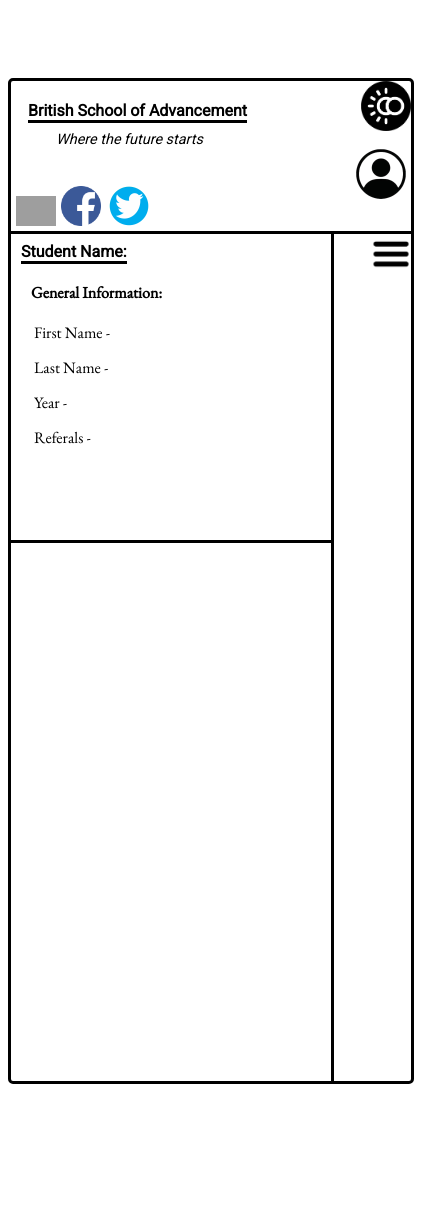
Repository: ghend99/School-app
Page: index.html
These files come from the project's save history. The page is drawn as it stood at one moment and after the next save; the edit follows.
The browser window is 375 px wide. The page is 431 px wide, so the pictures cover 431 px, including what lies to the right of the window. The pictures show the whole page.
Pictures or frames that could not be fetched are drawn as grey boxes.

Above is the page before, as saved 2023-05-02 10:10:22.

### index.html
<!DOCTYPE html>
<html lang="en">
  <head>
    <meta charset="UTF-8" />
    <meta http-equiv="X-UA-Compatible" content="IE=edge" />
    <meta name="viewport" content="width=device-width, initial-scale=1.0" />
    <title>School Application</title>
    <link rel="icon" type="image/x-icon" href="/images/favicon.png" />
    <link rel="stylesheet" href="style.css" />
  </head>
  <body>
    <div id="main-container">
      <!-- Header -->
      <div id="header-container">
        <p class="header-school-name">British School of Advancement</p>
        <p class="header-school-slogan">Where the future starts</p>
        <img
          id="header-socials"
          class="header-linkedin"
          src="images/LinkedIn.png"
        />
        <img
          id="header-socials"
          class="header-facebook"
          src="images/Facebook.png"
        />
        <img
          id="header-socials"
          class="header-twitter"
          src="images/Twitter.png"
        />
        <img class="header-logo" src="images/logo.png" />
        <input
          id="header-login-fullname"
          class="header-login-input login-input-fullname"
          type="text"
          placeholder="Fullname..."
        />
        <input
          id="header-login-pin"
          class="header-login-input login-input-pin"
          type="password"
          placeholder="Pin..."
        />
        <p class="header-show-pin">Show Pin</p>
        <img class="header-login-button" src="images/login-button.png" />
        <img class="header-login-icon" src="images/login.png" />
        <img class="header-dark-mode-toggle" src="images/dark-mode.png" />
        <img class="header-light-mode-toggle" src="images/light-mode.png" />
      </div>

      <!-- Sidebar -->
      <div id="sidebar-container">
        <div id="sidebar-link">
          <p class="sidebar-link-header">Search Student</p>
          <input class="sidebar-link-search" placeholder="Student Name..." />
          <button id="sidebar-link-button" class="search-student-button">
            Search
          </button>
        </div>
        <div id="sidebar-link">
          <p class="sidebar-link-header">Add Student</p>
          <button id="sidebar-link-button" class="create-account-button">
            Add
          </button>
        </div>
        <div id="sidebar-link">
          <p class="sidebar-link-header">Send Message</p>
          <button id="sidebar-link-button" class="compose-message-button">
            Compose
          </button>
        </div>
        <div id="sidebar-link">
          <p class="sidebar-link-header">Add Referal</p>
          <input class="sidebar-add-referal-input" placeholder="Fullname..." />
          <button id="sidebar-link-button" class="add-referal">Add</button>
        </div>
        <div id="sidebar-link">
          <p class="sidebar-link-header">Show Timetable</p>
          <button id="sidebar-link-button" class="show-timetable">Show</button>
        </div>
        <div id="sidebar-link">
          <p class="sidebar-link-header">Show Inbox</p>
          <button id="sidebar-link-button" class="show-inbox">Show</button>
        </div>
        <div id="sidebar-link-timetable">
          <p class="sidebar-link-header">Update Timetable</p>
          <button id="sidebar-link-button" class="update-timetable">
            Show
          </button>
        </div>
      </div>

      <img class="sidebar-open-menu" src="images/menu.png" />
      <img class="sidebar-close-menu" src="images/menu.png" />

      <!-- Student Information Container -->
      <div id="student-information-container">
        <h1 class="student-information-header">Student Name:</h1>
        <h3 class="student-information-general-header">General Information:</h3>
        <p id="student-information" class="student-information-firstname">
          First Name -
        </p>
        <p id="student-information" class="student-information-lastname">
          Last Name -
        </p>
        <p id="student-information" class="student-information-year">Year -</p>
        <p id="student-information" class="student-information-referals">
          Referals -
        </p>
      </div>

      <!-- Student Management Container -->
      <div id="student-management-container">
        <h1 class="student-management-heading"></h1>
        <img class="student-management-close" src="images/Close.png" />
        <div id="timetable-container"></div>
        <div id="inbox-container">
          <div id="inbox-header">
            <p>Date</p>
            <p>Sender</p>
            <p>Reciever</p>
            <p>Subject</p>
            <p>Message</p>
          </div>
          <div id="inbox-line">
            <p></p>
            <p></p>
            <p></p>
            <p></p>
            <p></p>
          </div>
        </div>
      </div>
    </div>

    <!-- Login Container -->
    <div id="login-container">
      <img class="login-close" src="images/Close.png" />
      <h3 class="login-header">Login</h3>
      <input
        id="login-input-fullname"
        class="login-input-fullname"
        type="text"
        placeholder="First Name..."
      />
      <input
        id="login-input-pin"
        class="login-input-pin"
        type="password"
        placeholder="Pin..."
      />
      <p class="login-pin-show">Show</p>
      <button class="login-button-submit">Log In</button>
    </div>

    <div id="create-account-container">
      <img class="create-account-close" src="images/Close.png" />
      <p class="create-account-header">Create Account</p>
      <input
        id="create-account-fullname"
        class="create-account-input"
        type="text"
        placeholder="Fullname..."
      />
      <p id="create-account-error" class="create-account-fullname-error"></p>

      <input
        id="create-account-lastname"
        class="create-account-input"
        type="text"
        placeholder="Lastname..."
      />
      <p id="create-account-error" class="create-account-lastname-error"></p>
      <input
        id="create-account-year"
        class="create-account-input"
        type="number"
        placeholder="Year..."
      />
      <p id="create-account-error" class="create-account-year-error"></p>
      <input
        id="create-account-pin"
        class="create-account-input"
        type="number"
        placeholder="Pin..."
      />
      <p id="create-account-error" class="create-account-pin-error"></p>
      <input
        id="create-account-repin"
        class="create-account-input"
        type="number"
        placeholder="Pin..."
      />
      <p id="create-account-error" class="create-account-repin-error"></p>
      <button class="create-account-submit">Create</button>
    </div>

    <!-- Compose Message Container -->
    <div id="compose-message-container">
      <p class="compose-message-header">Compose Message</p>
      <img class="compose-message-close" src="images/Close.png" />
      <input
        id="compose-message-input-reciever"
        class="compose-message-input"
        type="text"
        placeholder="To..."
      />
      <input
        id="compose-message-input-subject"
        class="compose-message-input"
        type="text"
        placeholder="Subject..."
      />
      <textarea
        class="compose-message-textarea"
        placeholder="Message..."
      ></textarea>
      <button class="compose-message-send">Send</button>
    </div>

    <script src="./js/functions.js"></script>
    <script src="./js/elements.js"></script>
    <script src="./js/buttons.js"></script>
    <script src="./js/message.js"></script>
    <script src="./js/resetfunctions.js"></script>

    <script src="./js/timetable.js"></script>
  </body>
</html>

### style.css
@import url("https://fonts.googleapis.com/css2?family=Roboto&display=swap");

@import url("https://fonts.googleapis.com/css2?family=EB+Garamond&display=swap");

button {
  cursor: pointer;
  font-family: "Roboto", Arial;
}

body {
  height: 1200px;
}

input {
  font-family: "Roboto", Arial;
}

.dark-mode {
  background-color: black;
  color: white;
  border-color: gray;
}

.dark-mode-input {
  border-color: white;
  color: white;
}

#dark-mode-inputs {
  border-color: white;
  color: white;
}

.dark-mode-button {
  color: black;
  background-color: white;
}

#main-container {
  position: relative;
  max-width: 50%;
  min-width: 400px;
  height: 70vh;
  min-height: 1000px;
  top: 70px;
  margin-left: auto;
  margin-right: auto;
  /* background-color: #343434; */
  border: solid;
  border-color: black;
  border-radius: 5px;
  z-index: 1;
}

#header-container {
  position: relative;
  width: 100%;
  max-height: 15%;
  min-height: 150px;
  /* background-color: lightgray; */
  border-bottom: solid;
}

.header-school-name {
  position: absolute;
  top: 20px;
  left: 17px;
  font-size: clamp(1rem, 1vw, 2rem);
  font-weight: bold;
  font-family: "Roboto", Arial;
  border-bottom: solid;
  margin: 0;
}

.header-school-slogan {
  position: absolute;
  top: clamp(5%, 60px, 80px);
  left: clamp(45px, 5%, 70px);
  font-size: clamp(0.9rem, 1.5vw, 1rem);
  font-family: "Roboto", Arial;
  font-style: italic;
  margin: 0;
}

#header-socials {
  position: absolute;
  width: 40px;
  bottom: 5px;
  cursor: pointer;
}

.header-linkedin {
  left: 5px;
}

.header-facebook {
  left: clamp(50px, 7%, 60px);
}

.header-twitter {
  left: clamp(98px, 9%, 110px);
}

.header-logo {
  margin-left: auto;
  margin-right: auto;
  display: block;
  width: 200px;
  height: 100%;
}

.header-login-input {
  position: absolute;
  max-width: 10%;
  min-width: 5%;
  top: 50%;
  margin: 0;
  background-color: transparent;
  text-decoration: none;
  border: none;
  border-bottom: solid;
  outline: none;
}

#header-login-fullname {
  right: 20%;
}

#header-login-pin {
  right: 7%;
}

.header-show-pin {
  position: absolute;
  right: 10%;
  bottom: 10%;
  font-size: 14px;
  cursor: pointer;
}

.header-login-button {
  position: absolute;
  right: clamp(1px, 2px, 3px);
  width: 50px;
  top: 45%;
  cursor: pointer;
}

.header-login-icon {
  display: none;
}

.header-dark-mode-toggle {
  position: absolute;
  width: 50px;
  right: 0;
  top: 0;
  opacity: 1;
  cursor: pointer;
}

.header-light-mode-toggle {
  position: absolute;
  width: 50px;
  right: 60px;
  top: 0;
  opacity: 0;
  cursor: pointer;
}

#sidebar-container {
  position: absolute;
  max-width: 30%;
  min-width: 20%;
  height: 85%;
  right: 0;
  flex-direction: column;
  opacity: 1;
  /* background-color: lightcoral; */
  /* border-left: solid; */
}

.sidebar-open-menu {
  position: absolute;
  width: 40px;
  right: 0;
  opacity: 0;
  cursor: pointer;
}

.sidebar-close-menu {
  position: absolute;
  width: 40px;
  right: 20%;
  opacity: 0;
  cursor: pointer;
}

#sidebar-link {
  position: relative;
  display: flex;
  width: 100%;
  height: 120px;
  /* background-color: brown; */
  justify-content: center;
  border-bottom: solid;
}

#sidebar-link-timetable {
  position: relative;
  display: flex;
  width: 100%;
  height: 120px;
  opacity: 0;
  justify-content: center;
}

.sidebar-link-header {
  position: absolute;
  font-family: "Roboto", arial;
  font-size: clamp(0.7rem, 1.2vw, 1.2rem);
  font-weight: bold;
}

.sidebar-link-search {
  position: absolute;
  max-width: 75%;
  min-width: 60px;
  height: 20px;
  bottom: 50px;
  background-color: transparent;
  text-decoration: none;
  border: none;
  border-bottom: solid;
  outline: none;
}

.sidebar-add-referal-input {
  position: absolute;
  max-width: 75%;
  min-width: 60px;
  height: 20px;
  bottom: 50px;
  background-color: transparent;
  text-decoration: none;
  border: none;
  border-bottom: solid;
  outline: none;
}

#sidebar-link-button {
  position: absolute;
  max-width: 75%;
  min-width: 70px;
  bottom: 20px;
  border-radius: 5px;
}

#student-information-container {
  position: relative;
  max-width: 80%;
  min-width: 30%;
  height: 30.8%;
  top: -2px;
  /* background-color: lightgreen; */
  border-bottom: solid;
  border-right: solid;
}

.student-information-header {
  position: absolute;
  margin: 0;
  top: 10px;
  left: 10px;
  font-size: clamp(1rem, 1vw, 2rem);
  font-family: "Roboto", Arial;
  border-bottom: solid;
}

.student-information-general-header {
  position: absolute;
  top: 50px;
  left: 20px;
  font-size: clamp(1rem, 0.8vw, 2.5rem);
  font-family: "EB Garamond", Arial;
  margin: 0;
}

#student-information {
  position: absolute;
  margin: 0;
  font-size: clamp(1rem, 0.4vw, 1.3rem);
  font-family: "EB Garamond", Arial;
}

.student-information-firstname {
  top: 90px;
  left: 23px;
}

.student-information-lastname {
  top: 125px;
  left: 23px;
}

.student-information-year {
  top: 160px;
  left: 23px;
}

.student-information-referals {
  top: 195px;
  left: 23px;
}

#student-management-container {
  position: relative;
  max-width: 80%;
  min-width: 50%;
  height: 54.2%;
  bottom: 3px;
  /* background-color: lightgoldenrodyellow; */
  border-right: solid;
}

.student-management-heading {
  position: absolute;
  margin: 0;
  left: 10px;
  top: 10px;
}

#timetable-container {
  position: relative;
  display: grid;
  grid-gap: 1em;
  grid-template-rows: repeat(var(--grid-rows), 1fr);
  grid-template-columns: repeat(var(--grid-cols), 1fr);
  top: 50px;
  overflow: scroll;
  height: 90%;
  opacity: 0;
  z-index: 0;
}

.student-management-close {
  position: absolute;
  right: 0;
  width: 50px;
  opacity: 0;
  cursor: pointer;
}

:root {
  --grid-cols: 1;
  --grid-rows: 1;
}

.grid-item {
  padding: 1em;
  border: 1px solid #ddd;
  text-align: center;
}

#timetable-input {
  width: 100px;
}

#inbox-container {
  position: relative;
  height: 90.7%;
  width: 99%;
  top: -80%;
  opacity: 0;
  z-index: 1;
  /* background-color: blueviolet; */
}

#inbox-header {
  position: relative;
  display: grid;
  grid-template-columns: 1fr 1fr 1fr 1fr 1fr;
  grid-template-rows: 1fr;
  width: 100%;
  height: 50px;
  /* background-color: aqua; */
  overflow-y: auto;
  font-family: "Roboto", Arial;
}

#inbox-line {
  position: relative;
  display: grid;
  grid-template-columns: 1fr 1fr 1fr 1fr 1fr;
  grid-template-rows: 1fr;
  row-gap: 20px;
  width: 100%;
  height: 50px;
  /* background-color: darkorange; */
  overflow-y: auto;
  font-family: "EB Garamond", Arial;
}

#login-container {
  position: absolute;
  display: flex;
  top: 435px;
  left: 50%;
  transform: translate(-50%, -50%);
  max-width: 100%;
  min-width: 350px;
  max-height: 45vh;
  min-height: 400px;
  opacity: 0;
  z-index: 0;
  border: solid;
  border-radius: 5px;
  background-color: #faf9f6;
  justify-content: center;
}

.login-logo {
  position: absolute;
  top: 10px;
  left: 5px;
  width: 100px;
}

.login-close {
  position: absolute;
  top: 10px;
  right: 5px;
  width: 50px;
  cursor: pointer;
}

.login-header {
  position: absolute;
  top: 10%;
  font-size: 32px;
  font-family: "Roboto", Arial;
}

.login-input {
  position: absolute;
  margin: 0;
  background-color: transparent;
  text-decoration: none;
  border: none;
  border-bottom: solid;
  outline: none;
}

#login-input-fullname {
  left: 20px;
  top: 40%;
}

#login-input-pin {
  left: 20px;
  top: 52%;
}

.login-pin-show {
  position: absolute;
  bottom: 35%;
  left: 40px;
  font-size: 12px;
  cursor: pointer;
}

.login-button-submit {
  position: absolute;
  bottom: 25%;
  width: 50%;
  height: 35px;
  border-radius: 5px;
  background-color: black;
  color: white;
  cursor: pointer;
}

#create-account-container {
  position: relative;
  top: -530px;
  left: 50%;
  transform: translate(-50%, -50%);
  max-width: 20%;
  min-width: 300px;
  max-height: 45vh;
  min-height: 500px;
  border-radius: 5px;
  opacity: 0;
  z-index: 0;
  justify-content: center;
  background-color: #faf9f6;
  border: solid;
}

.create-account-header {
  position: absolute;
  left: 3%;
  top: 5%;
  margin: 0;
  font-size: 25px;
  font-weight: bold;
  font-family: "Roboto", Arial;
}

.create-account-close {
  position: absolute;
  top: 10px;
  right: 5px;
  width: 30px;
  cursor: pointer;
}

.create-account-input {
  position: absolute;
  margin: 0;
  left: 10px;
  background-color: transparent;
  text-decoration: none;
  border: none;
  border-bottom: solid;
  outline: none;
}

#create-account-error {
  position: absolute;
  color: red;
  font-size: 16px;
}

#create-account-fullname {
  top: 18%;
}

.create-account-fullname-error {
  top: 19%;
}

#create-account-lastname {
  top: 32%;
}

.create-account-lastname-error {
  top: 34%;
}

#create-account-year {
  top: 46%;
}

.create-account-year-error {
  top: 48%;
}

#create-account-pin {
  top: 60%;
}

.create-account-pin-error {
  top: 62%;
}

#create-account-repin {
  top: 74%;
}

.create-account-repin-error {
  top: 76%;
}

.create-account-submit {
  position: absolute;
  bottom: 6%;
  width: 50%;
  height: 35px;
  border-radius: 5px;
  left: 23%;
  background-color: black;
  color: white;
}

#compose-message-container {
  position: relative;
  top: -1035px;
  left: 50%;
  transform: translate(-50%, -50%);
  max-width: 16%;
  min-width: 350px;
  max-height: 45vh;
  min-height: 500px;
  border-radius: 5px;
  background-color: #faf9f6;
  opacity: 0;
  z-index: 0;
  border: solid;
}

.compose-message-input {
  background-color: transparent;
  text-decoration: none;
  border: none;
  border-bottom: solid;
  outline: none;
}

.compose-message-header {
  position: absolute;
  top: 4%;
  left: 5%;
  font-size: clamp(1.5rem, 2vw, 2rem);
  margin: 0;
  font-weight: bold;
  font-family: "Roboto", Arial;
}

.compose-message-close {
  position: absolute;
  top: 10px;
  right: 5px;
  width: 30px;
  cursor: pointer;
}

#compose-message-input-reciever {
  position: absolute;
  left: 6%;
  top: 20%;
}

#compose-message-input-subject {
  position: absolute;
  left: 6%;
  top: 30%;
  width: 70%;
}

.compose-message-textarea {
  position: absolute;
  top: 38%;
  left: 2.5%;
  max-height: 60%;
  min-height: 200px;
  max-width: 100%;
  min-width: 280px;
}

.compose-message-send {
  position: absolute;
  bottom: 6%;
  width: 50%;
  height: 35px;
  border-radius: 5px;
  left: 23%;
  /* background-color: black;
  color: white; */
}

@media screen and (min-width: 0) and (max-width: 1200px) {
  .header-school-slogan {
    top: 50px;
  }

  .header-logo {
    display: none;
  }

  .header-login-input {
    display: none;
  }

  .header-show-pin {
    display: none;
  }

  .header-login-button {
    display: none;
  }

  .header-login-icon {
    position: absolute;
    display: flex;
    right: 5px;
    width: 50px;
    top: 45%;
  }

  #sidebar-container {
    opacity: 0;
  }

  .sidebar-open-menu {
    opacity: 1;
  }

  .sidebar-link-header {
    width: 90px;
    left: clamp(5%, 10px, 20%);
    font-size: 10px;
  }
}

@media screen and (min-width: 0) and (max-width: 800px) {
  .create-account-fullname {
    top: 18%;
  }

  .create-account-fullname-error {
    top: 19%;
  }

  .create-account-lastname {
    top: 32%;
  }

  .create-account-lastname-error {
    top: 34%;
  }

  .create-account-year {
    top: 46%;
  }

  .create-account-year-error {
    top: 48%;
  }

  .create-account-pin {
    top: 60%;
  }

  .create-account-pin-error {
    top: 62%;
  }

  .create-account-repin {
    top: 74%;
  }

  .create-account-repin-error {
    top: 76%;
  }
}

@media screen and (min-width: 0) and (max-width: 375px) {
}

@media screen and (min-width: 0) and (max-width: 375px) {
  #login-container {
    left: 200px;
  }

  #create-account-container {
    left: 200px;
  }

  #compose-message-container {
    left: 200px;
  }
}

@media screen and (min-width: 0) and (max-width: 320px) {
  #login-container {
    left: 200px;
  }

  #create-account-container {
    left: 200px;
  }

  #compose-message-container {
    left: 200px;
  }
}

### js/buttons.js
headerLogin.addEventListener("click", function (e) {
  e.preventDefault();
  login();
});

headerShowPin.addEventListener("click", function (e) {
  e.preventDefault();
  showPin();
});

sidebarSearchStudentButton.addEventListener("click", function (e) {
  e.preventDefault();
  searchStudent();
});

createAccountModalClose.addEventListener("click", function (e) {
  e.preventDefault();
  createAccountClose();
});

createAccountSubmit.addEventListener("click", function (e) {
  e.preventDefault();
  createStudent();
  createAccountModalSubmit();
});

sidebarCreateAccountButton.addEventListener("click", function (e) {
  e.preventDefault();
  createAccountOpen();
});

sidebarComposeMessageButton.addEventListener("click", function (e) {
  e.preventDefault();
  composeMessageOpen();
});

composeMessageModalClose.addEventListener("click", function (e) {
  e.preventDefault();
  composeMessageClose();
});

sidebarShowTimetable.addEventListener("click", function (e) {
  e.preventDefault();
  inboxClose();
  timetableOpen();
});

sidebarShowInbox.addEventListener("click", function (e) {
  e.preventDefault();
  timetableClose();
  inboxOpen();
});

studentManagementClose.addEventListener("click", function (e) {
  e.preventDefault();
  timetableClose();
  inboxClose();
  studentManagementClose.style.opacity = "0";
});

headerLoginIcon.addEventListener("click", function (e) {
  e.preventDefault();
  loginModalOpen();
});

headerLoginClose.addEventListener("click", function (e) {
  e.preventDefault();
  loginModalClose();
});

loginPinShow.addEventListener("click", function (e) {
  e.preventDefault();
  showPinLoginModal();
});

loginSubmit.addEventListener("click", function (e) {
  e.preventDefault();
  login();
  loginModalClose();
});

sidebarOpenMenu.addEventListener("click", function (e) {
  e.preventDefault();
  sidebarContainer.style.display = "flex";
  sidebarContainer.style.opacity = "1";
  sidebarOpenMenu.style.opacity = "0";
  sidebarOpenMenu.style.zIndex = "0";
  sidebarCloseMenu.style.opacity = "1";
  sidebarCloseMenu.style.zIndex = "1";
});

sidebarCloseMenu.addEventListener("click", function (e) {
  e.preventDefault();
  sidebarContainer.style.opacity = "0";
  sidebarOpenMenu.style.opacity = "1";
  sidebarOpenMenu.style.zIndex = "1";
  sidebarCloseMenu.style.opacity = "0";
  sidebarCloseMenu.style.zIndex = "0";
});

composeMessageSubmitButton.addEventListener("click", function (e) {
  e.preventDefault();
  sendMessage();
  updateInbox();
  timetableClose();
  inboxOpen();
  mainContainer.style.filter = "blur(0px)";
  composeMessageContainer.style.opacity = "0";
  composeMessageContainer.style.zIndex = "0";
});

sidebarAddReferal.addEventListener("click", function (e) {
  e.preventDefault();
  addReferal();
});

darkModeToggleOn.addEventListener("click", function (e) {
  e.preventDefault();
  darkModeOn();
});

darkModeToggleOff.addEventListener("click", function (e) {
  e.preventDefault();
  darkModeOff();
});

### js/message.js
let reciever;
let objSender;
let currentAccount;
let message;
let subject;

const sendMessage = function () {
  let studentsAccessed = JSON.parse(localStorage.getItem(`students`));
  message = composeMessageText.value;
  subject = composeMessageSubject.value;
  const messageReciever = composeMessageReciever.value;
  reciever = studentsAccessed.find(
    (stu) => stu.fullName === `${messageReciever}`
  );
  if (reciever === undefined) {
    alert(`Not a valid message reciever`);
  } else if (currentAccount === undefined) {
    alert(`You need to login to send messages`);
  } else {
    reciever.inbox.push(message);
    currentAccount.sent.push(message);
    composeMessageReciever.value = "";
    composeMessageText.value = "";
    composeMessageSubject.value = "";
  }
};

const updateInbox = function () {
  const html = ` <div id="inbox-line">
  <p>${new Date(Date.now()).toLocaleString()}</p>
  <p>${currentAccount.fullName}</p>
  <p>${reciever.fullName}</p>
  <p>${subject}
  <p>${message}</p>
</div>
  `;
  inboxLine.insertAdjacentHTML("beforebegin", html);
};

### js/resetfunctions.js
const createAccountOpen = function () {
  createAccountContainer.style.opacity = "1";
  createAccountContainer.style.zIndex = "1";
  mainContainer.style.filter = "blur(3px)";
};

const createAccountClose = function () {
  createAccountContainer.style.opacity = "0";
  createAccountContainer.style.zIndex = "0";
  mainContainer.style.filter = "blur(0px)";
};

const createAccountModalSubmit = function () {
  createAccountClose();
  createAccountFirstnameInput.value = "";
  createAccountLastnameInput.value = "";
  createAccountYearInput.value = "";
  createAccountPinInput.value = "";
  createAccountRepinInput.value = "";
};

const createStudentInputReset = function () {
  createAccountFirstnameInput.value = "";
  createAccountLastnameInput.value = "";
  createAccountYearInput.value = "";
  createAccountPinInput.value = "";
  createAccountRepinInput.value = "";
};

const composeMessageOpen = function () {
  composeMessageContainer.style.opacity = "1";
  composeMessageContainer.style.zIndex = "1";
  mainContainer.style.filter = "blur(3px)";
};

const composeMessageClose = function () {
  composeMessageContainer.style.opacity = "0";
  composeMessageContainer.style.zIndex = "0";
  mainContainer.style.filter = "blur(0px)";
};

const timetableOpen = function () {
  timetableContainer.style.opacity = "1";
  timetableContainer.style.zIndex = "1";
  studentManagmentHeader.textContent = "Timetable";
  studentManagementClose.style.opacity = "1";
  sidebarUpdateTimetable.style.opacity = "1";
};

const timetableClose = function () {
  timetableContainer.style.opacity = "0";
  timetableContainer.style.zIndex = "0";
  studentManagmentHeader.textContent = "";
  studentManagementClose.style.opacity = "0";
  sidebarUpdateTimetable.style.opacity = "0";
};

const inboxOpen = function () {
  inboxContainer.style.opacity = "1";
  inboxContainer.style.zIndex = "1";
  studentManagmentHeader.textContent = "Inbox";
  studentManagementClose.style.opacity = "1";
};

const inboxClose = function () {
  inboxContainer.style.opacity = "0";
  inboxContainer.style.zIndex = "0";
  studentManagmentHeader.textContent = "";
  studentManagementClose.style.opacity = "0";
};

const loginModalOpen = function () {
  loginContainer.style.opacity = "1";
  loginContainer.style.zIndex = "1";
  mainContainer.style.filter = "blur(3px)";
};

const loginModalClose = function () {
  loginContainer.style.opacity = "0";
  loginContainer.style.zIndex = "0";
  mainContainer.style.filter = "blur(0px)";
};

Loaded but not shown: js/functions.js (234 lines, source omitted); js/timetable.js (290 lines, source omitted); js/elements.js (122 lines, source omitted)

After the next save:
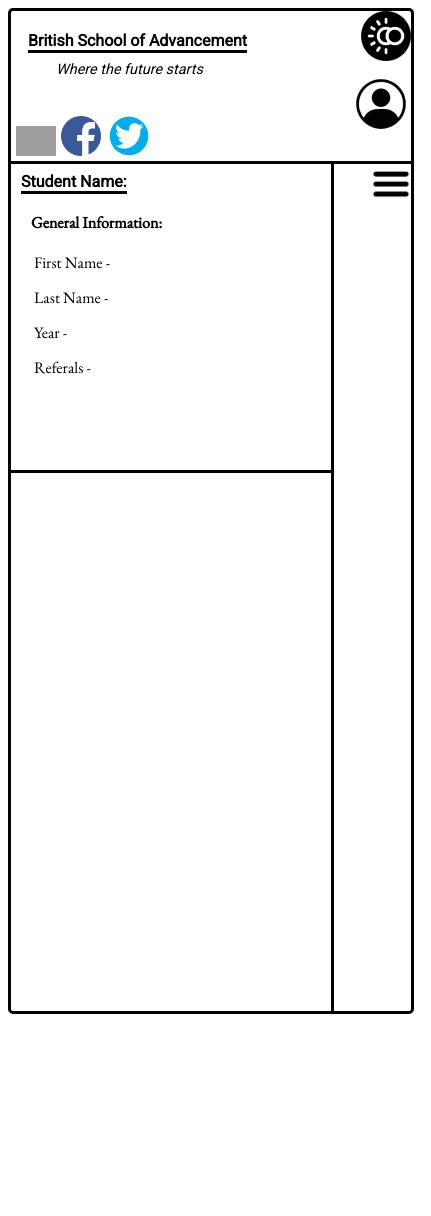
Saved 29 s later.
--- a/style.css
+++ b/style.css
@@ -746,6 +746,9 @@ input {
 }
 
 @media screen and (min-width: 0) and (max-width: 375px) {
+  #main-container {
+    top: 0;
+  }
 }
 
 @media screen and (min-width: 0) and (max-width: 375px) {
